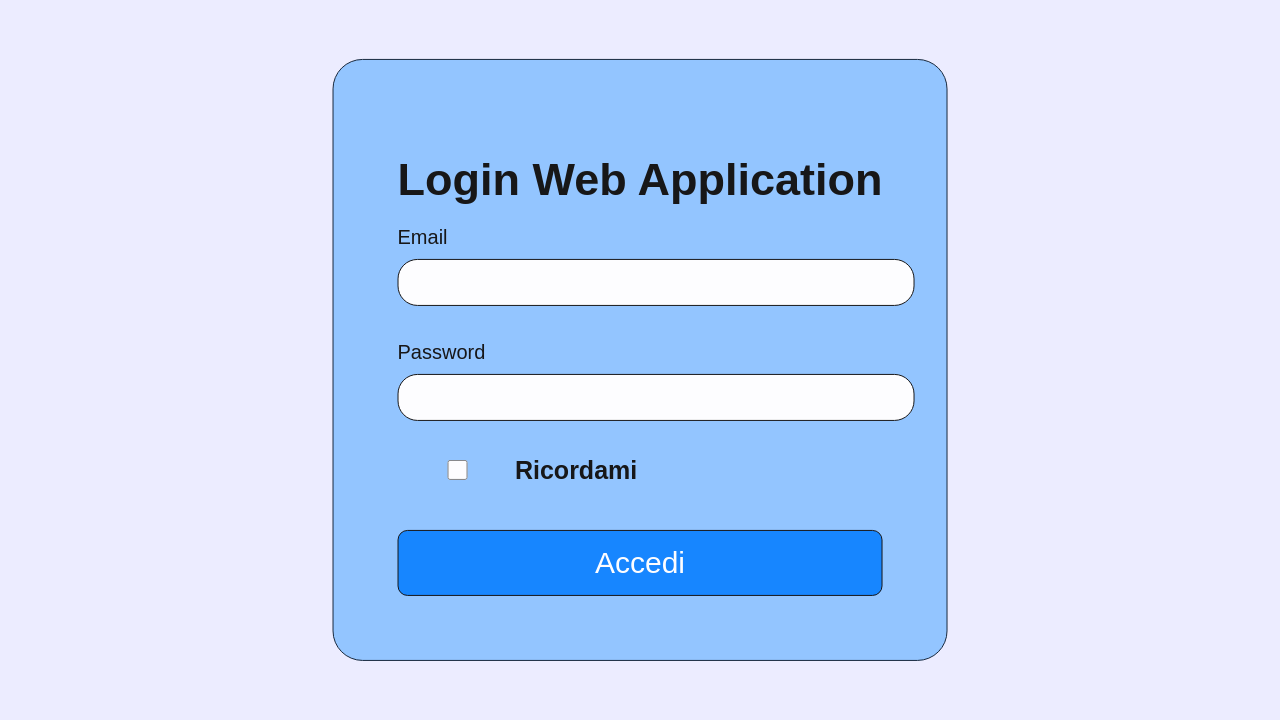
Repository: GabrielCellammare/WebApplication-SA-CyberSecurity
Page: http://localhost/WebProject-CellammareGabriel_ApplicationSecurity_/login.jsp
The author's editor kept a copy of each file at every save. The page is drawn from the files as they stood at one save, then again after the next save.
The browser window is 1280 px wide. The pictures show the whole page.
The page is served by Tomcat 9. Nobody is signed in. The application's start-up code is not run.

Above is the page before, as saved 2024-03-09 07:39:35.

After the next save:
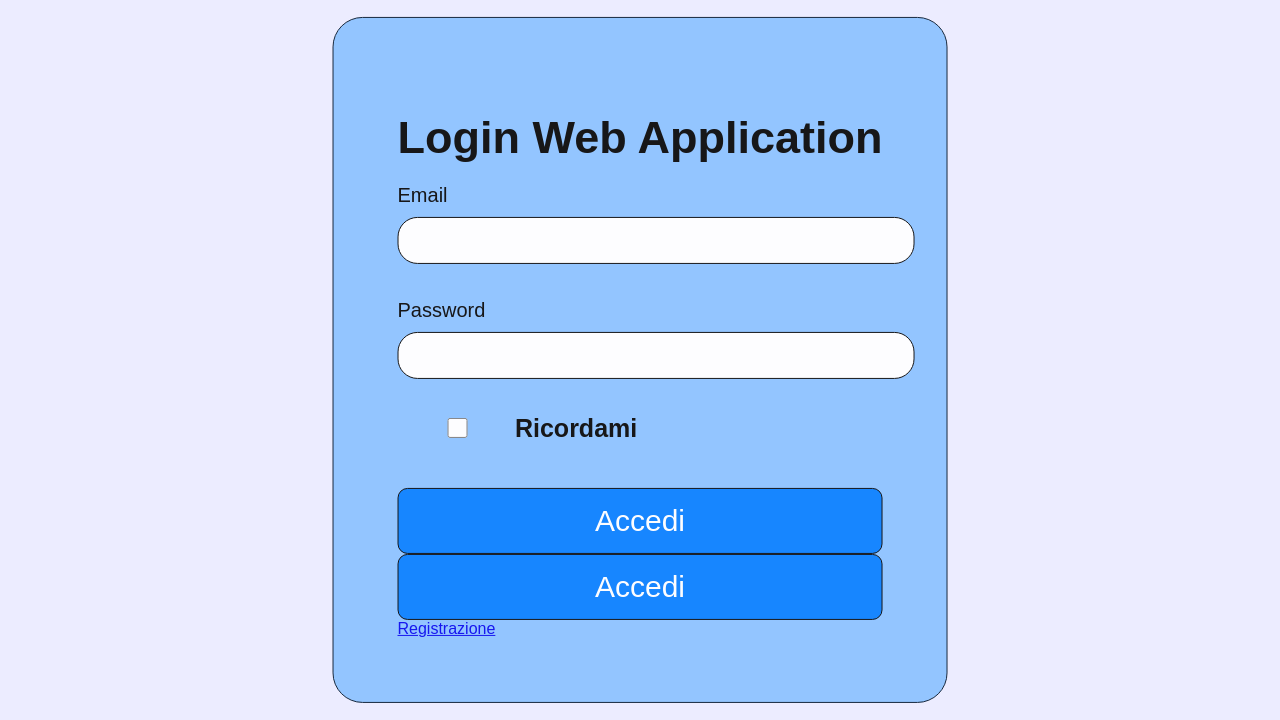
Saved 37 s later.
--- a/WebProject-CellammareGabriel(ApplicationSecurity)/WebContent/login.jsp
+++ b/WebProject-CellammareGabriel(ApplicationSecurity)/WebContent/login.jsp
@@ -25,6 +25,8 @@
                     <label for="remember">Ricordami</label>
                 </div>
                 <input type="submit" value="Accedi">
+                <input type="submit" value="Accedi">
+                <a href="userNotLogged/index.jsp.jsp" class="btn btn-secondary">Registrazione</a>
             </form>
         </div>
     </body>
